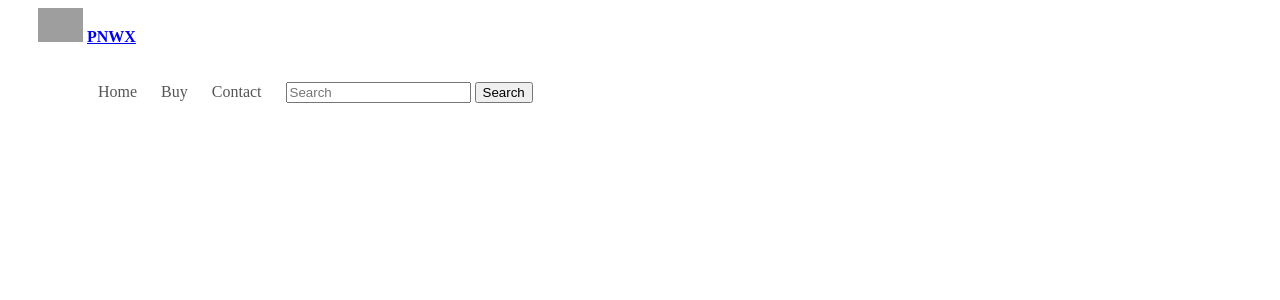
Repository: meiming24/meiming24.github.io
Page: index.html
These files come from the project's save history. The page is drawn as it stood at one moment and after a run of saves; the edit follows.
The browser window is 1280 px wide. The pictures show the whole page.
Pictures or frames that could not be fetched are drawn as grey boxes.

Above is the page before, as saved 2022-05-09 17:21:38.

After the next 2 saves:
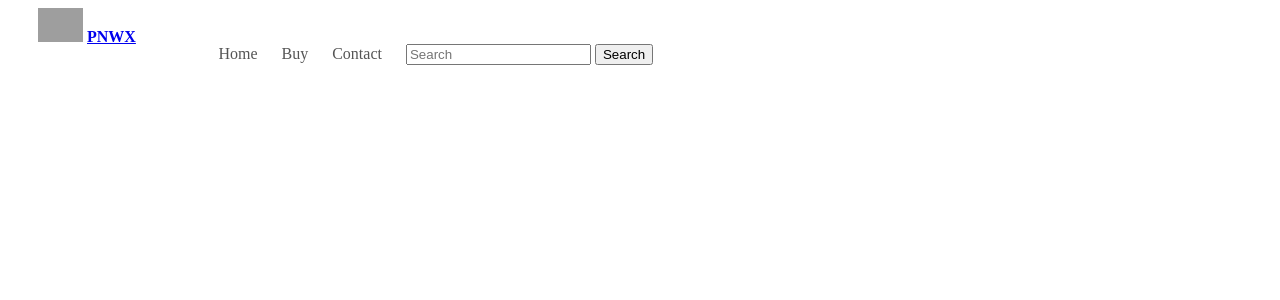
The 2 saves are shown as one change because they came seconds apart.
The last was saved 15 s later.
--- a/index.css
+++ b/index.css
@@ -1,4 +1,6 @@
 .container {
+    display: flex;
+    flex-flow: row wrap;
     max-width: 1330px;
     margin: auto;
     padding-left: 30px;
